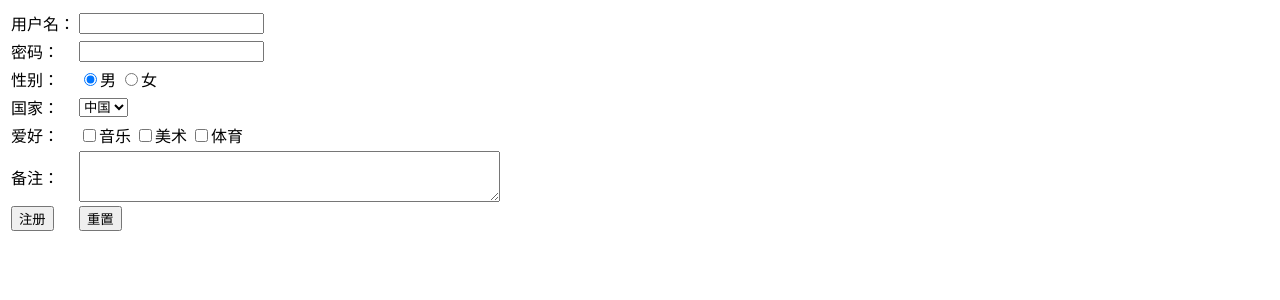
Repository: Lansefanggezi/JavaWeb
Page: HelloServlet/WebContent/Register.html
An editor plug-in stored every save of this project. The page is shown before and after the next save, followed by the edit.
The browser window is 1280 px wide. The pictures show the whole page.

Above is the page before, as saved 2018-03-29 09:14:40.

### HelloServlet/WebContent/Register.html
<html>
<head>
<meta http-equiv="context-type" content="text/Html; charset=UTF-8;"charset=UTF-8   >
<title>Register</title>
</head>
<body>
	<form action="RegisterServlet" method="post" name="action1">
	<table style="">
	<tr>
		<td >
			用户名：
			</td>
		<td><input type="text" name="userName" >
		</td>
		</tr>
		<tr>
			<td>密码：</td>
			<td> <input type="password" name="password">
		</td>
	</tr>
	<tr>
		<td>
			性别：
		</td>
			<td>
			 <input type="radio" name="sex" value="男" checked>男
				<input type="radio" name="sex" value="女">女
				</td>
		</tr>
		<tr>
		<td>
		国家：</td><td><select name="country">
				<option value="zhongguo">中国</option>
				<option value="riben">日本</option>
				<option value="chaoxian">朝鲜</option>
			</select>
		</td>
		</tr>
		<tr><td>爱好：</td>
		<td> <input type="checkbox" name="likes" value="音乐">音乐
				<input type="checkbox" name="likes" value="美术">美术
				<input type="checkbox" name="likes" value="体育">体育
			</td>
			</tr>
			<tr>
			<td>
		备注：</td>
		<td><textarea rows="3" cols="50" name="remark" ></textarea>
		</td>
		</tr>
		<tr>
		<td>
		<input type="submit" value="注册" >
		</td>
		<td>
		<input type="reset" value="重置">
		</td>
		</tr>
		</table>
	</form>
</body>
</html>

After the next save:
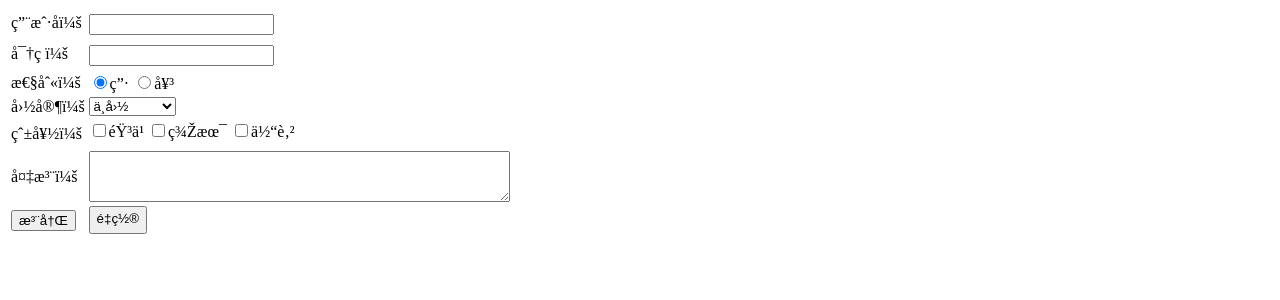
Saved 7 s later.
--- a/HelloServlet/WebContent/Register.html
+++ b/HelloServlet/WebContent/Register.html
@@ -1,6 +1,6 @@
 <html>
 <head>
-<meta http-equiv="context-type" content="text/Html; charset=UTF-8;"charset=UTF-8   >
+<meta http-equiv="context-type" content="text/Html; charset=UTF-8;"  >
 <title>Register</title>
 </head>
 <body>
